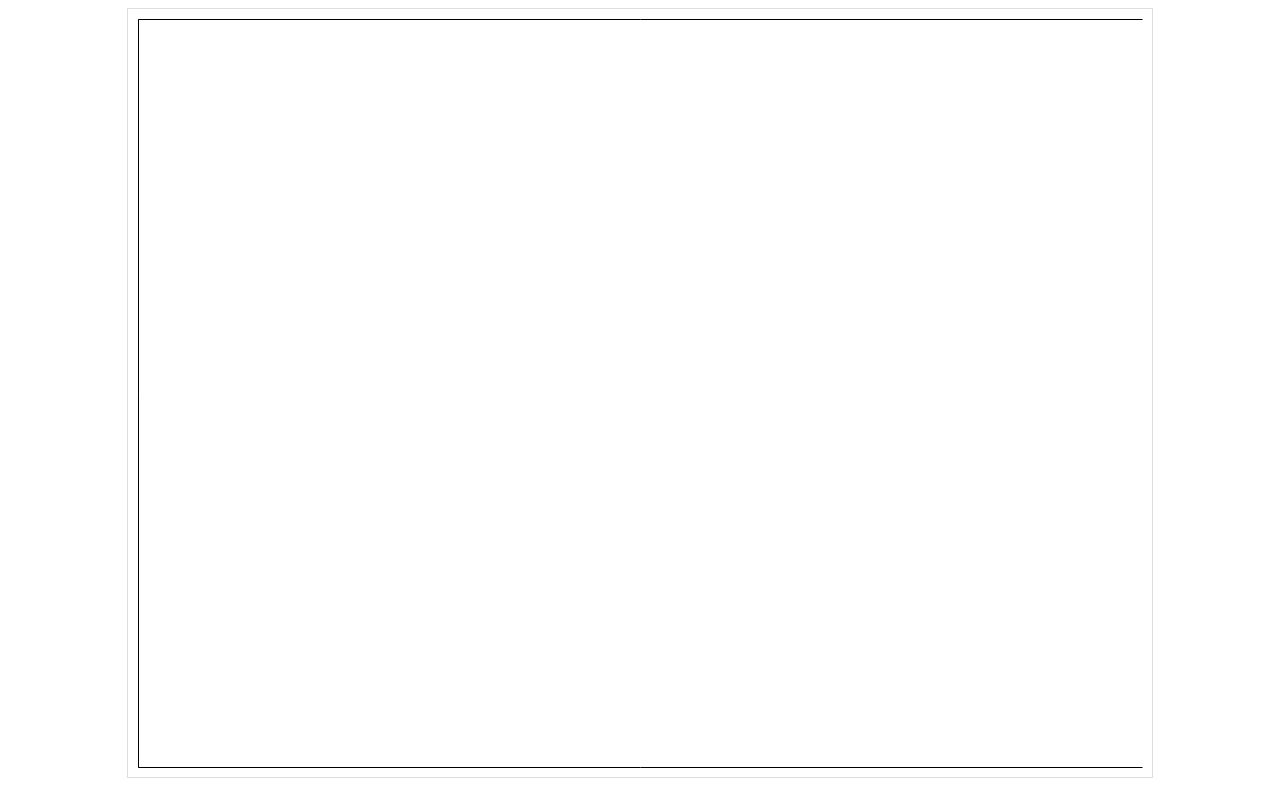
Repository: cw19931024/Demo
Page: canvas.html
These files come from the project's save history. The page is drawn as it stood at one moment and after the next save; the edit follows.
The browser window is 1280 px wide. The pictures show the whole page.

Above is the page before, as saved 2017-07-26 17:56:52.
Console error: ReferenceError: data is not defined

### canvas.html
<!DOCTYPE html>
<html lang="en">
    <head>
        <title></title>
        <meta charset="UTF-8">
        <meta name="viewport" context="width=device-width, initial-scale=1">
        <style>
            canvas{margin: 0 auto;border: 1px solid #ddd;width: 1024px; height:768px;}
            .tac{text-align: center;}
        </style>
    </head>
    <body>
        <div class="tac">
            <canvas id="canvas" width="1024" height="768"></canvas>
        </div>
    </body>
    <script>
        var canvas = document.getElementById('canvas');
        var context =canvas.getContext('2d');
        var width = canvas.width;
        var height =canvas.height;
        var padding = 10;

        //y轴线
        context.beginPath();
        context.lineWidth=1;
        context.moveTo(padding+0.5,height - padding+0.5);
        context.lineTo(padding+0.5,padding + 0.5);
        context.stroke();

        //x轴线
        context.moveTo(padding + 0.5,height -padding+0.5);
        context.lineTo(width -padding + 0.5,height -padding+0.5)

        context.moveTo(padding + 0.5,padding+0.5);
        context.lineTo(width -padding + 0.5,padding+0.5)
        context.stroke();

        var Number = 5;             //y轴的段数
        var yLength = Math.floor(height -padding*2/Number);
        var xLength = Math.floor(width -padding*2/data.length);


    </script>
</html>

After the next save:
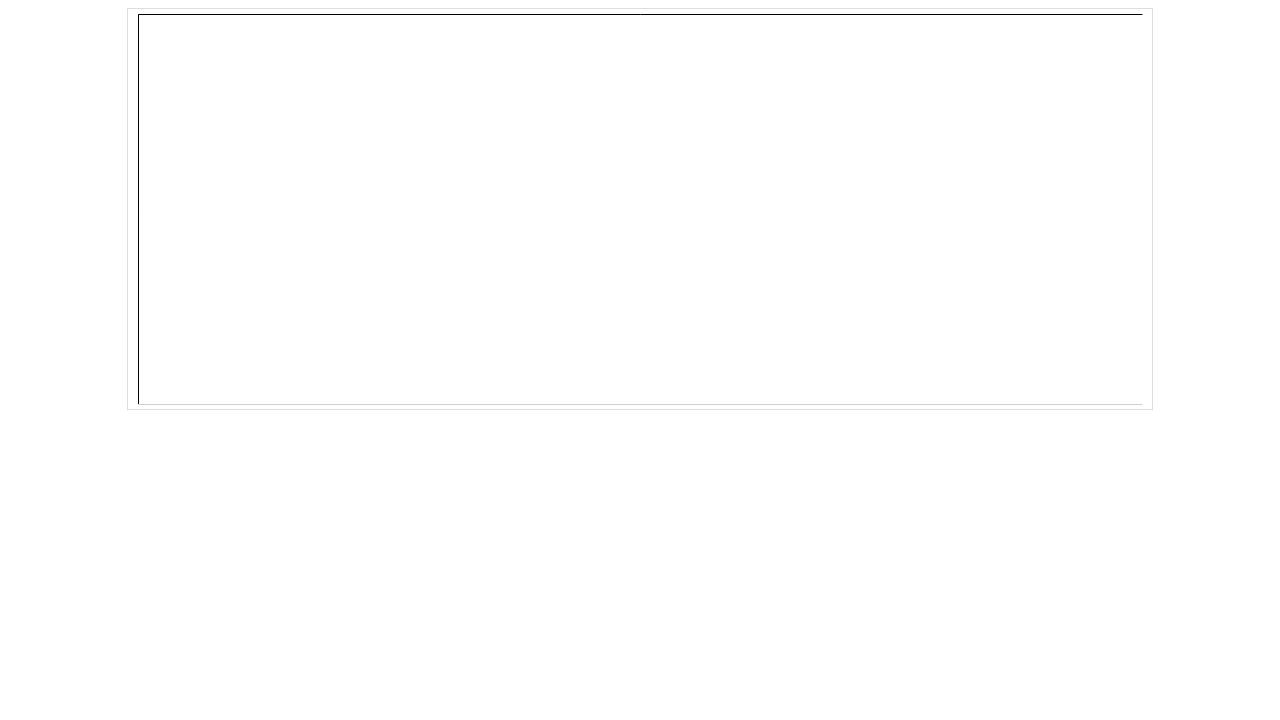
Saved 13 s later.
--- a/canvas.html
+++ b/canvas.html
@@ -5,7 +5,7 @@
         <meta charset="UTF-8">
         <meta name="viewport" context="width=device-width, initial-scale=1">
         <style>
-            canvas{margin: 0 auto;border: 1px solid #ddd;width: 1024px; height:768px;}
+            canvas{margin: 0 auto;border: 1px solid #ddd;width: 1024px; height:400px;}
             .tac{text-align: center;}
         </style>
     </head>
